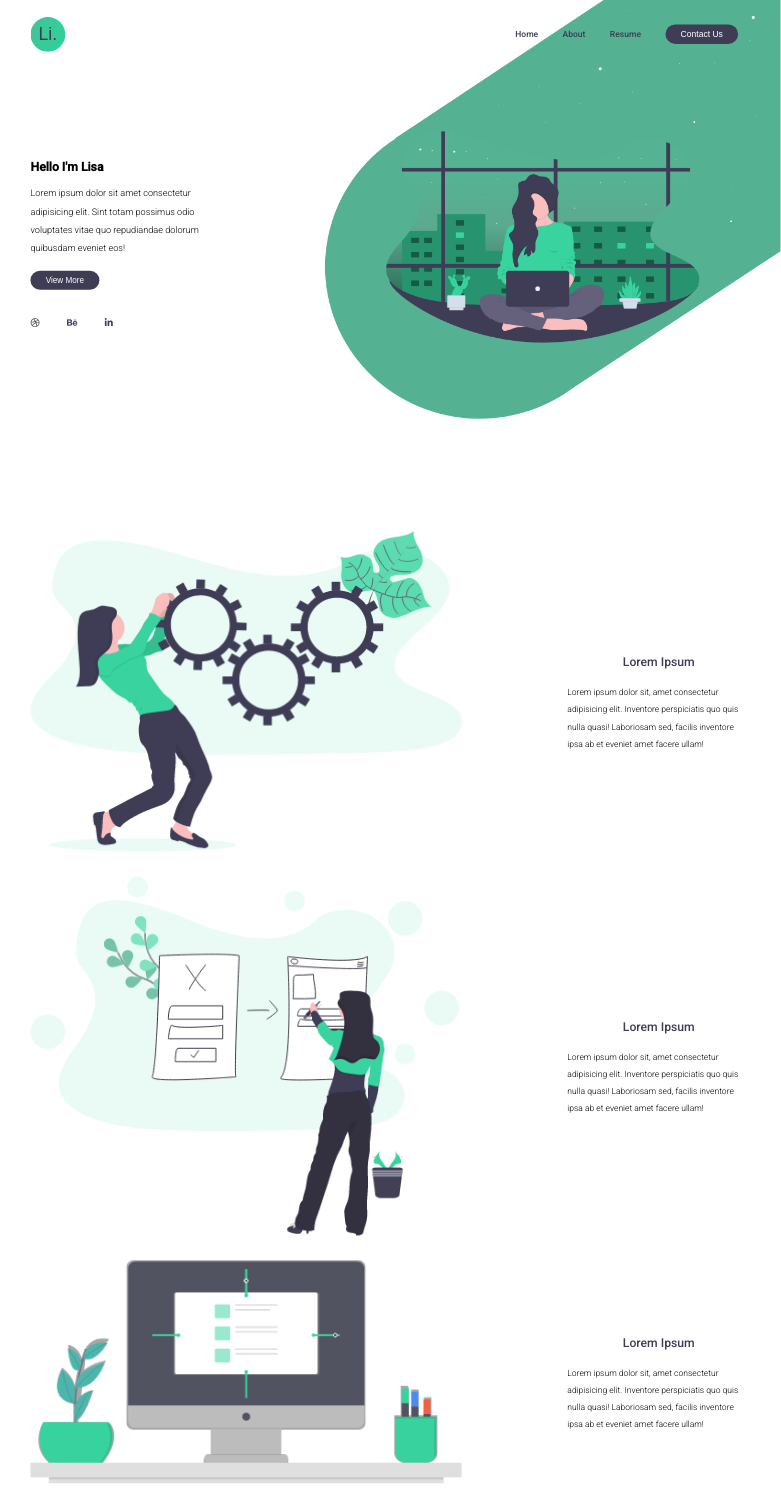
Repository: kebinh1235/porfolio-demo
Page: index.html
These files come from the project's save history. The page is drawn as it stood at one moment and after the next save; the edit follows.
The browser window is 1280 px wide. The pictures show the whole page, at 61% of full size.
Some web libraries are served in a nearby version.

Above is the page before, as saved 2021-10-20 16:18:08.

After the next save:
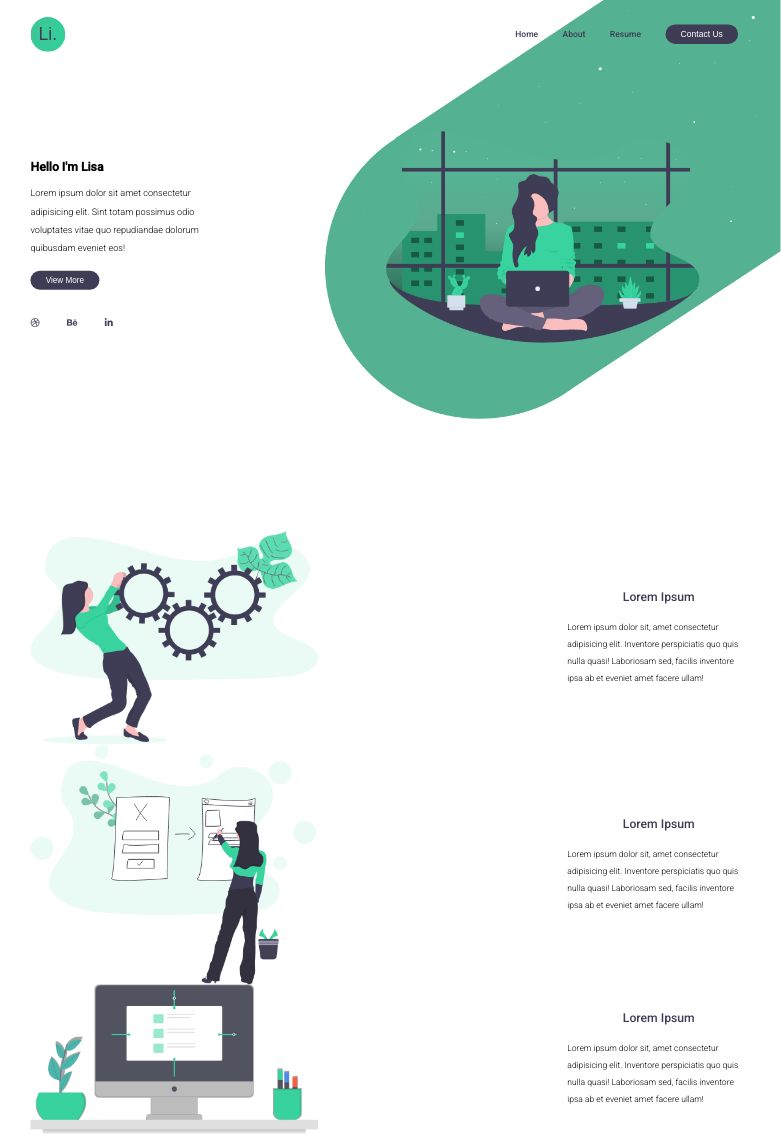
Saved 44 s later.
--- a/css/style.css
+++ b/css/style.css
@@ -263,6 +263,11 @@ header {
     margin: 0;
   }
   .things__item img {
-    width: 60%;
-  }
-}
+    width: 40%;
+    padding: 0;
+  }
+  .things__item--heading {
+    width: 45%;
+    text-align: initial;
+  }
+}
